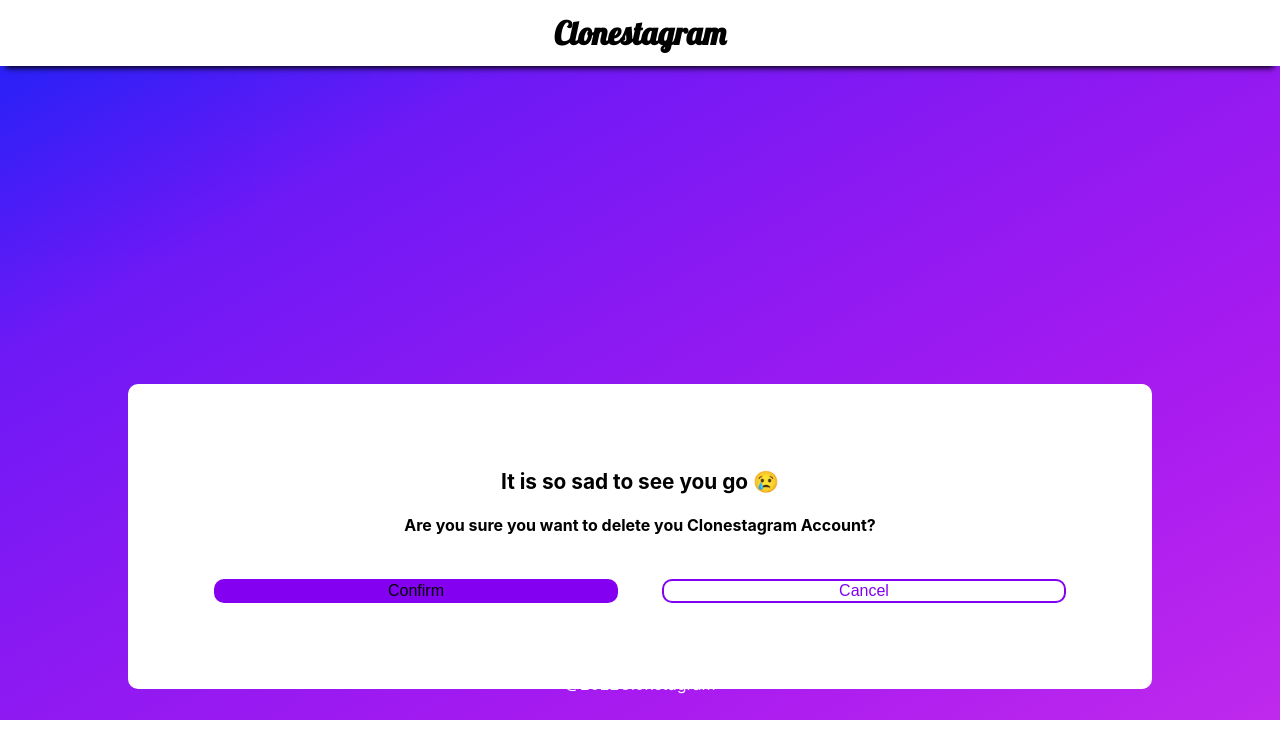
Repository: MikeMoore55/clonestagram
Page: /delaccount
These files come from the project's save history. The page is drawn as it stood at one moment and after the next save; the edit follows.
The browser window is 1280 px wide. The pictures show the whole page.
The page's requests for data from a server got no answer. The project was rebuilt for these pictures with package versions that can differ from the ones it lists, and the page was loaded fresh each time. The framework's server and built-in components were replaced by stand-ins that run in the browser. No one was signed in, and anything a server would have sent is missing. Also part of the build but not shown: next.config.js.

Above is the page before, as saved 2022-11-24 09:07:26.

### pages/_app.jsx
import Layout from '../components/Layout/Layout';
import '../styles/globals.css';

export default function MyApp({ Component, pageProps }) {
  return (
    <Layout>
      <Component {...pageProps} />
    </Layout>
  );
};

### pages/delaccount.jsx
import React from 'react';
import Link from 'next/link';
import Router,{useRouter} from 'next/router';
import { SupaBaseDB } from '../utils/dbconnect';
import { parseCookies } from '../helpers/cookie';
import styles from '../styles/DelAccount.module.css';
import Footer from '../components/Layout/Footer'

export default function DelAccount( { data } ) {
    const router = useRouter();
    const id = [data];
    function extractId(arr, prop) {
        const extractedValue = arr.map(item => item[prop]);
        return extractedValue;
    }

    const cookieId = extractId(id, 'user');
    const userId = cookieId.toString();

    console.log(userId);

    const delAccount = async () => {

        // delete the account of user
        const account = await SupaBaseDB
            .from("account")
            .delete()
            .eq("account_id", userId);

        // delete all the posts of user too
        const posts = await SupaBaseDB
            .from("posts")
            .delete()
            .eq("user_id", userId);

        if (account.error) {
            console.log(account.error['message']);
        }
        else if (posts.error) {
            console.log(posts.error["message"]);
        }
        else {
            console.log('account deleted successfully');
            router
                .push({
                    pathname: '/', // when successful take to the feed page
                });
        }
    }

    return (
        <div className={styles.container}>
            <div className={styles.block}>
                <h3 className={styles.heading1}>It is so sad to see you go 😢</h3>
                <h4 className={styles.heading2}>Are you sure you want to delete you Clonestagram Account?</h4>
                <div className={styles.btnContainer}>
                    <button className={styles.confirm} onClick={() => delAccount()}>Confirm</button>
                    <button className={styles.cancel}><Link href={'/home'}>Cancel</Link></button>
                </div>
            </div>
            {/* for a cool background effect */}
            <div className={styles.backgroundFeature}>
                1
            </div>
            <Footer/>
        </div>
    );
};

export async function getServerSideProps({ req, res }) {
    const data = parseCookies(req);

    if (res) {
        if (Object.keys(data).length === 0 && data.constructor === Object) {
            res.writeHead(301, { Location: "/signin" });
            res.end();
        }
    }

    return {
        props: {
            data: data && data,
        }
    };
};

// del from supabase
// take to index page

### components/Layout/Layout.jsx
import React from 'react';
import Header from './Header';

// layout across app
export default function Layout({children}) {
  return (
    <div id='Layout'>
      <Header />
      {children}
    </div>
  );
};

### styles/globals.css
html,
body {
  padding: 0;
  margin: 0;
  font-family: -apple-system, BlinkMacSystemFont, Segoe UI, Roboto, Oxygen,
    Ubuntu, Cantarell, Fira Sans, Droid Sans, Helvetica Neue, sans-serif;
}

a {
  color: inherit;
  text-decoration: none;
}

* {
  box-sizing: border-box;
}

@media (prefers-color-scheme: dark) {
  html {
    color-scheme: dark;
  }

  body {
    color: black;
    background: rgb(234, 233, 233);
  }
}

### utils/dbconnect.js
import { createClient } from "@supabase/supabase-js";

const supabaseUrl = process.env.NEXT_PUBLIC_SUPABASE_URL;
const supabaseApi = process.env.NEXT_PUBLIC_SUPABASE_API_KEY;

export const SupaBaseDB = createClient(supabaseUrl, supabaseApi);

### helpers/cookie.js
import cookie from "cookie";

export function parseCookies(req) {
    return cookie.parse(req ? req.headers.cookie || "" : document.cookie)
}

### styles/DelAccount.module.css
.container {
    position: relative;
    width: 100%;
    padding-top: 20%;
}

.block {
    position: relative;
    width: 80%;
    margin: 10% 10% 5% 10%;
    text-align: center;
    background-color: white;
    border-radius: 10px;
    padding: 5% 5% 5% 5%;
}

.heading1 {
    position: relative;
    font-size: 1.3em;
}

.btnContainer {
    position: relative;
    display: grid;
    grid-template-columns: 50% 50%;
}

.cancel {
    position: relative;
    width: 90%;
    margin: 5%;
    border: #8300f1 solid 2px;
    color: #8300f1;
    font-size: 1em;
    font-weight: 400;
    border-radius: 10px;
    background-color: white;
}

.confirm {
    position: relative;
    width: 90%;
    margin: 5%;
    background-color: #8300f1;
    border: none;
    border-radius: 10px;
    font-size: 1em;
    font-weight: 400;
}

.backgroundFeature {
    position: fixed;
    color: transparent;
    background-image: linear-gradient(to right bottom, #000bf8, #5e00f5, #8300f1, #a002ee, #b812eb);
    width: 100%;
    height: 100%;
    bottom: 0%;
    right: 0%;
    top: 0%;
    left: 0%;
    z-index: -1;
    opacity: 0.9;
}

### components/Layout/Footer.jsx
import React from 'react';
import styles from '../../styles/Footer.module.css';

export default function Footer() {
    return (
        <footer className={styles.footer}>
            @2022Clonstagram
        </footer>
    );
};

### components/Layout/Header.jsx
import React from 'react';
import styles from '../../styles/Header.module.css';

export default function Header() {
    return (
        <header className={styles.header}>
            <h1>Clonestagram</h1>
        </header>
    );
};

### styles/Footer.module.css
.footer {
    position: fixed;
    bottom: 0%;
    left: 0%;
    right: 0%;
    width: 100%;
    text-align: center;
    color: white;
    padding: 2%;
}

@media (min-width: 490px) {
    .footer {
        font-size: 1.7em;
    }
}

@media (min-width: 1000px) {
    .footer {
        font-size: 1em;
    }
}

### styles/Header.module.css
@font-face {
    font-family: 'Lobster';
    src: url(../assets/Lobster/Lobster-Regular.ttf);
}

.header {
    position: fixed;
    top: 0%;
    left: 0%;
    right: 0%;
    width: 100%;
    text-align: center;
    background-color: white;
    box-shadow: 0 8px 6px -6px black;
    z-index: 5;
    margin: 0%;
    padding: 3.5%;
}

.header h1 {
    margin: 0%;
    padding: 0%;
    font-family: 'Lobster', cursive;
    color: black;
    font-weight: 800;
}


@media (min-width: 490px) {
    .header {
        padding: 3%;
    }

    .header h1 {
        font-size: 2.7em;
    }
}

@media (min-width: 1000px) {
    .header {
        padding: 1%;
    }

    .header h1 {
        font-size: 2em;
    }
}

After the next save:
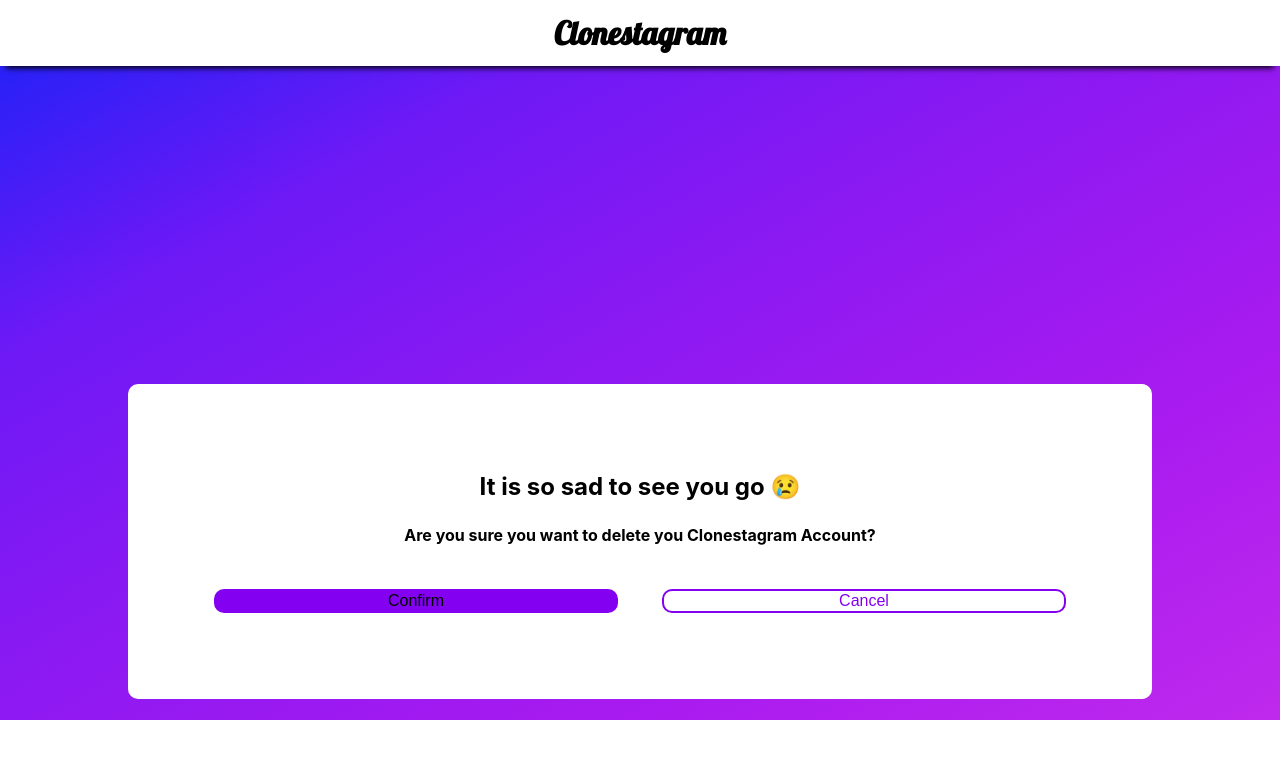
Saved 7 s later.
--- a/styles/DelAccount.module.css
+++ b/styles/DelAccount.module.css
@@ -16,7 +16,7 @@
 
 .heading1 {
     position: relative;
-    font-size: 1.3em;
+    font-size: 1.5em;
 }
 
 .btnContainer {
